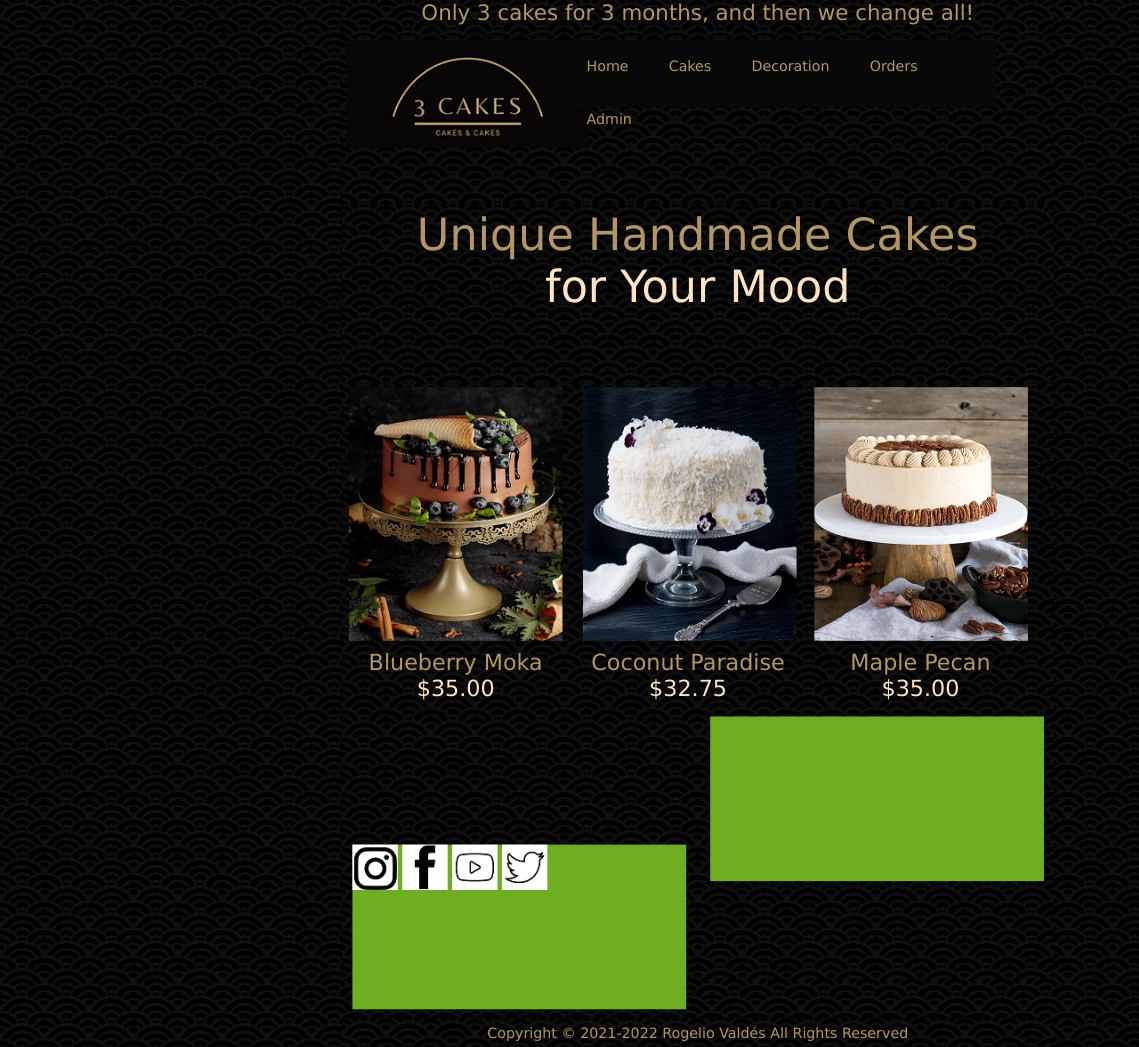
Repository: roge64/htmlfrontend
Page: index.html
These files come from the project's save history. The page is drawn as it stood at one moment and after the next save; the edit follows.
The browser window is 1280 px wide. The pictures show the whole page, at 89% of full size.

Above is the page before, as saved 2022-03-04 10:46:17.

### index.html
<!DOCTYPE html>
<html lang="en">
<head>
    <meta charset="UTF-8">
    <meta http-equiv="X-UA-Compatible" content="IE=edge">
    <meta name="viewport" content="width=device-width, initial-scale=1.0">
    <title>3 Cakes</title>
    <link rel="stylesheet" href="estilos/estilos.css">


</head>

<section>

    <section id="container">

        <header>
            <p style="color:#b49760"> Only 3 cakes for 3 months, and then we change all! </p>
            <!-- <h1> <a href="index.html"><img src="/img/logob.png" alt="logo.png"></a> </h1> -->
        </header>

        <section id="banner">

            <!-- <h1> <a href="index.html"><img src="/img/logob.png" alt="logo.png"></a> </h1> -->
            <!-- <article> <a href="index.html"><img src="/img/logob.png" alt="logo.png"></a> </article> -->

            <article id="banner1"  <a href="index.html"> <img src="/img/logob.png"  alt="logo.png"></a>></article>
            <article id="banner2">
                <ul class="menu">

                <li><a href="#home"></a>Home</li>
                <li><a href="#cakes"></a>Cakes</li>
                <li><a href="#decor"></a>Decoration</li>
                <li><a href="#order"></a>Orders</li>
                <li><a href="#admin"></a>Admin</li>
            </ul></article>

        </section>

        <section id="noticias">

            <article id="news1">
                <p style="color:#b49760"> Unique Handmade Cakes</p>
                <p style="color: bisque"> for Your Mood</p>
            </article>


        </section>

        <section id="tienda">
            <article id="cake1"> <img src="/img/cake1.png"  alt="logo.png"></article>
            <article id="cake2"> <img src="/img/cake2.png"  alt="logo.png"></article>
            <article id="cake3"> <img src="/img/cake3.png"  alt="logo.png"></article>
        </section>


        <section id="names">
            <article id="name1">
                <p style="color:#b49760"> Blueberry Moka</p>
                <p style="color: bisque"> $35.00</p>
            </article>
            <article id="name2">
                <p style="color:#b49760"> Coconut Paradise</p>
                <p style="color: bisque"> $32.75</p>
            </article>
            <article id="name3">
                <p style="color:#b49760"> Maple Pecan</p>
                <p style="color: bisque"> $35.00</p>
            </article>
        </section>


        <section id="social">
            <article id="social1">
                <div class = "icons">
                    <i class="fa fa-cloud"></i>
                    <i class="fa fa-car"></i>
                    <i class="fa fa-road"></i>
                    <i class="fa fa-fire"></i>
                    <i class="fa fa-bolt"></i>
                    <i class="fa fa-apple"></i>
                    <i class="fa fa-ambulance"></i>
                </div>

		        <a href="#"><img src="img/instagram.png" alt="instagram"></a>
                <a href="#"><img src="img/facebook.png" alt="facebook"></a>
                <a href="#"><img src="img/youtube.png" alt="youtube"></a>
		        <a href="#"><img src="img/twitter.png" alt="twitter"></a>
            </article>
            <article id="social2">

            </article>
        </section>


        <footer>
            <p style="color:#b49760"> Copyright &copy; 2021-<script>document.write(new Date().getFullYear())</script> Rogelio Valdés All Rights Reserved</p>
            <article id="footer1"></article>
        </footer>

    </section>

</body>

</html>

### estilos/estilos.css
*{
    border: 0 ;
    margin: 0 ;
    padding: 0;
}

body{
    font-family: Geneva;
    background-color: rgb(0, 0, 0);
    width:40%;
    margin-left:auto;
    margin-right:auto;

    background-color:black;
background-image:
radial-gradient(circle at 100% 150%, black 24%, #101010 24%, #101010 28%, black 28%, black 36%, #101010 36%, #101010 40%, transparent 40%, transparent),
radial-gradient(circle at 0    150%, black 24%, #101010 24%, #101010 28%, black 28%, black 35%, #101010 36%, #101010 40%, transparent 40%, transparent),
radial-gradient(circle at 50%  100%, #101010 10%, black 10%, black 23%, #101010 23%, #101010 30%, black 30%, black 43%, #101010 43%, #101010 50%, black 50%, black 63%, #101010 63%, #101010 71%, transparent 71%, transparent),
radial-gradient(circle at 100% 50%, #101010 5%, black 5%, black 15%, #101010 15%, #101010 20%, black 20%, black 29%, #101010 29%, #101010 34%, black 34%, black 44%, #101010 44%, #101010 49%, transparent 49%, transparent),
radial-gradient(circle at 0    50%, #101010 5%, black 5%, black 15%, #101010 15%, #101010 20%, black 20%, black 29%, #101010 29%, #101010 34%, black 34%, black 44%, #101010 44%, #101010 48%, transparent 49%, transparent);
background-size: 50px 31px;
/*     background-image: url("/img/papyrus-dark.png"); */
}

.menu{
    list-style: none;
    padding: 0;
    background: #080808;
    width: 80%;
    height: 75px;
    max-width: 500px;
    margin: auto;
}

.menu li{
    text-decoration: none;
    color: #b49760;
    padding: 20px;
    display: block;
}

.menu li{
    display: inline-block;
    text-align: right;
}

.menu li:hover{
    background:rgb(41, 23, 3);
}


#container, header, #banner, #noticias, #marcas, footer{
    /* background-color:rgb(255, 255, 255); */
    background-color:black;
background-image:
radial-gradient(circle at 100% 150%, black 24%, #101010 24%, #101010 28%, black 28%, black 36%, #101010 36%, #101010 40%, transparent 40%, transparent),
radial-gradient(circle at 0    150%, black 24%, #101010 24%, #101010 28%, black 28%, black 35%, #101010 36%, #101010 40%, transparent 40%, transparent),
radial-gradient(circle at 50%  100%, #101010 10%, black 10%, black 23%, #101010 23%, #101010 30%, black 30%, black 43%, #101010 43%, #101010 50%, black 50%, black 63%, #101010 63%, #101010 71%, transparent 71%, transparent),
radial-gradient(circle at 100% 50%, #101010 5%, black 5%, black 15%, #101010 15%, #101010 20%, black 20%, black 29%, #101010 29%, #101010 34%, black 34%, black 44%, #101010 44%, #101010 49%, transparent 49%, transparent),
radial-gradient(circle at 0    50%, #101010 5%, black 5%, black 15%, #101010 15%, #101010 20%, black 20%, black 29%, #101010 29%, #101010 34%, black 34%, black 44%, #101010 44%, #101010 48%, transparent 49%, transparent);
background-size: 50px 31px;

    height: 1100px;
    width: 800px;

}

header{
/*     background-color:antiquewhite;
 */
    height: 40px;
    text-align: center;
    font-size: x-large;

}

#banner{
    background-color:#080808;
/*     background-color:rgb(25, 25, 25); */
    width: 600;
    height: 190px;


}


#noticias{
/*     background-color: antiquewhite;
 */
    height: 200px;
}

#tienda #names{
/*     background-color: grey; */
/* background-color:black;
background-image:
radial-gradient(circle at 100% 150%, black 24%, #101010 24%, #101010 28%, black 28%, black 36%, #101010 36%, #101010 40%, transparent 40%, transparent),
radial-gradient(circle at 0    150%, black 24%, #101010 24%, #101010 28%, black 28%, black 35%, #101010 36%, #101010 40%, transparent 40%, transparent),
radial-gradient(circle at 50%  100%, #101010 10%, black 10%, black 23%, #101010 23%, #101010 30%, black 30%, black 43%, #101010 43%, #101010 50%, black 50%, black 63%, #101010 63%, #101010 71%, transparent 71%, transparent),
radial-gradient(circle at 100% 50%, #101010 5%, black 5%, black 15%, #101010 15%, #101010 20%, black 20%, black 29%, #101010 29%, #101010 34%, black 34%, black 44%, #101010 44%, #101010 49%, transparent 49%, transparent),
radial-gradient(circle at 0    50%, #101010 5%, black 5%, black 15%, #101010 15%, #101010 20%, black 20%, black 29%, #101010 29%, #101010 34%, black 34%, black 44%, #101010 44%, #101010 48%, transparent 49%, transparent);
background-size: 50px 31px; */

    height: 300px;
    width: 780px;
    padding-left: 10px;
    padding-right: 10px;
    padding-top: 5px;
    text-align: center;
}

#marcas{
/*     background-color:rgb(58, 41, 18); */
    height: 205px;
}


footer{
    width: 800px;
/*     background-color:rgb(0, 0, 0); */
    text-align: center;
    height: 25px;
    padding-top: 7px;

}

#banner #banner1{
/*     background-color: rgb(180, 134, 73); */
    width: 150px;
    height: 145px;
    float: left;
    text-align: center;
/*     display: inline-block; */
    margin: 5px 5px;
}

#banner #banner2{
/*     background-color: rgb(180, 134, 73); */
    width: 600px;
    height: 145px;
    float: right;
/*     display: inline-block; */
    /* vertical-align: center;  */
    margin: 5px 5px;
}

#noticias #news1{
/*     background-color: rgb(41, 38, 34); */
    font-size: 50px;

    text-align: center;
    width: 790px;
    height: 200px;
    display: inline-block;
    vertical-align: center;
    margin: 5px 5px;

}


#tienda #cake1{
    background: rgb(109, 175, 33);
    width: 240px;
    height: 285px;
    display: inline-block;
    vertical-align: top;
    margin: 5px 8px;
}

#tienda #cake2{
    background: rgb(41, 23, 3);
    width: 240px;
    height: 285px;
    display: inline-block;
    vertical-align: top;
    margin: 5px 10px;
}

#tienda #cake3{
    background: rgb(175, 169, 112);
    width: 240px;
    height: 285px;
    display: inline-block;
    vertical-align: top;
    margin: 5px 5px;
}

#names #name1{
    font-size: 25px;
    text-align: center;
    width: 240px;
    height: 60px;
    display: inline-block;
    vertical-align: top;
    margin: 5px 8px;
}

#names #name2{
    font-size: 25px;
    text-align: center;
    width: 240px;
    height: 60px;
    display: inline-block;
    vertical-align: top;
    margin: 5px 8px;
}

#names #name3{
    font-size: 25px;
    text-align: center;
    width: 240px;
    height: 60px;
    display: inline-block;
    vertical-align: top;
    margin: 5px 8px;
}

#social #social1{
    background: rgb(109, 175, 33);
    width: 375px;
    height: 185px;
    display: inline-block;
    vertical-align: center;
    margin: 10px 12px;
}

#social #social2{
    background: rgb(109, 175, 33);
    width: 375px;
    height: 185px;
    display: inline-block;
    vertical-align: center;
    margin: 10px 10px;
}

#social #social1 {
    color: rgb(175, 169, 112);


}

After the next save:
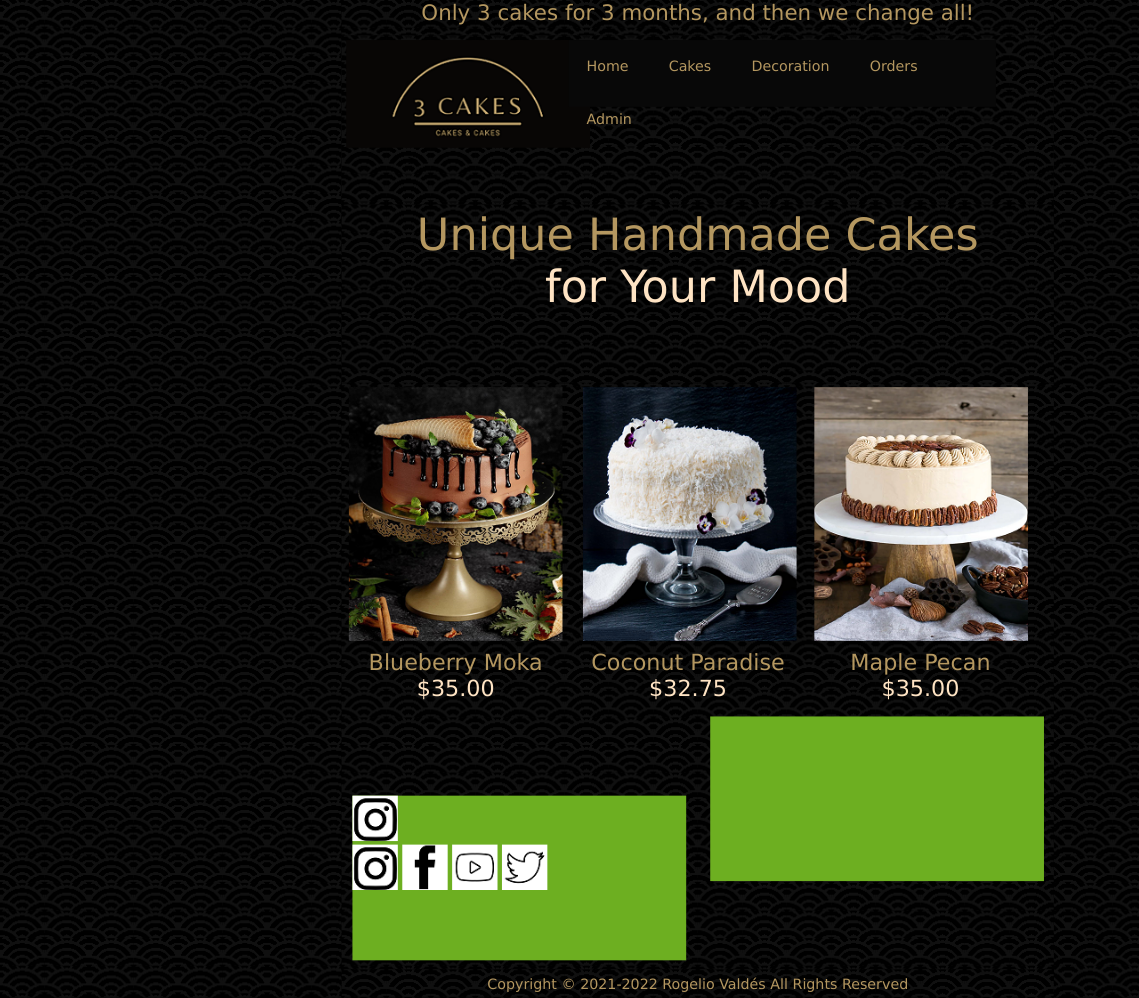
Saved 32 s later.
--- a/index.html
+++ b/index.html
@@ -73,7 +73,7 @@
         <section id="social">
             <article id="social1">
                 <div class = "icons">
-                    <i class="fa fa-cloud"></i>
+                    <i href="#"><img src="img/instagram.png" alt="instagram"></i>
                     <i class="fa fa-car"></i>
                     <i class="fa fa-road"></i>
                     <i class="fa fa-fire"></i>
